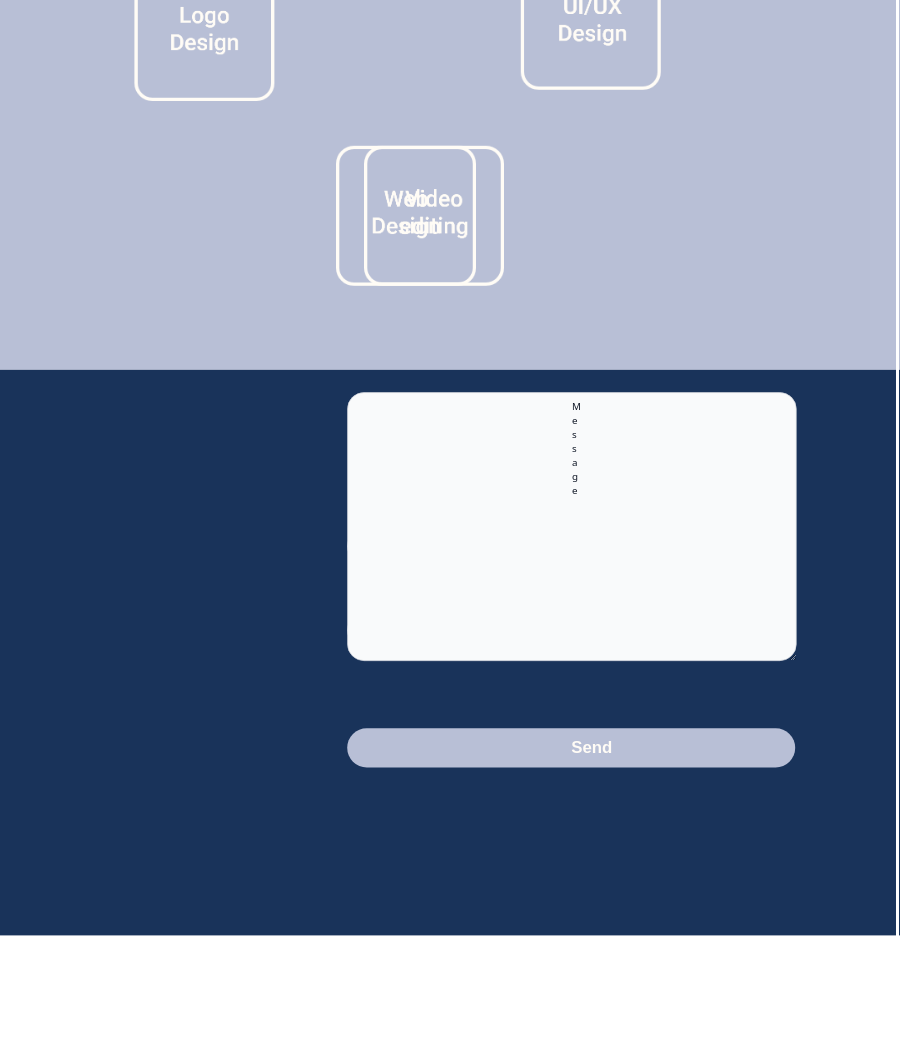
Repository: MEROO1010/my_portfolio
Page: /
The author's editor kept a copy of each file at every save. The page is drawn from the files as they stood at one save, then again after the next save.
The browser window is 1280 px wide. The page is 1285 px wide, so the pictures cover 1285 px, including what lies to the right of the window. The pictures show the part of the page from y = 2456 to 4336 px (the page is 3952 px tall before and 4336 px after), at 70% of full size.
The project was rebuilt for these pictures with package versions that can differ from the ones it lists, and the page was loaded fresh each time. The framework's server and built-in components were replaced by stand-ins that run in the browser. Also part of the build but not shown: next.config.js.

Above is the page before, as saved 2023-04-04 00:01:13.

After the next save:
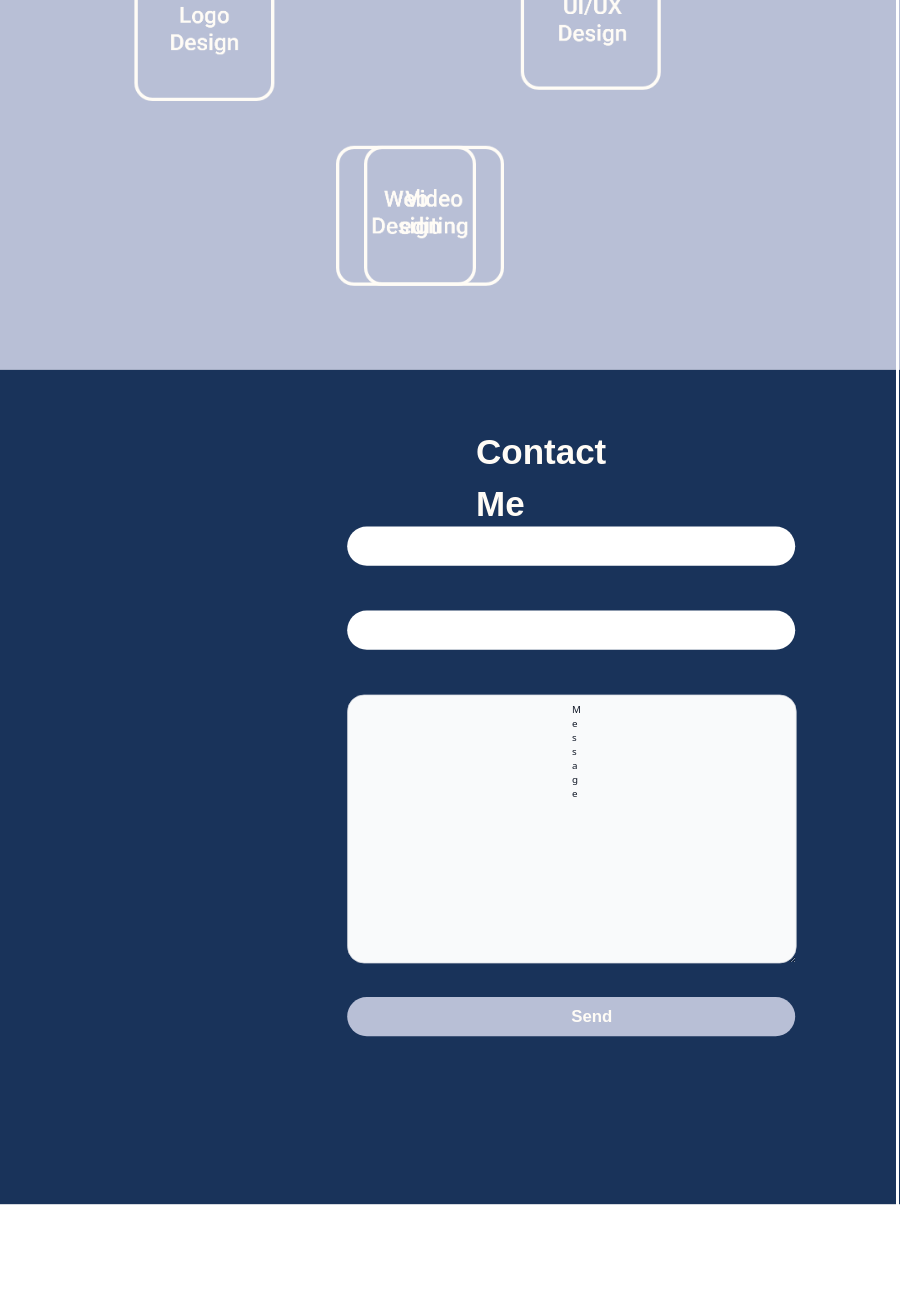
Saved 12 s later.
--- a/pages/components/Form.tsx
+++ b/pages/components/Form.tsx
@@ -5,7 +5,7 @@ const Form = () => {
     <div>
         <input type="text" placeholder='Your Name' className=" relative  px-80 mx-80 bottom-24 left-44 h-14 w-0 rounded-full"/><br/>
         <input type="text" className=" relative  px-80 mx-80 bottom-8 left-44 h-14 w-0 rounded-full"/><br/>
-        <textarea  className="absolute  px-80 mx-80 top-8 left-44  text-align: left overflow-auto block p-2.5 w-5 h-96  text-sm text-gray-900 bg-gray-50  border border-gray-300 focus:ring-blue-500 focus:border-blue-500 dark:bg-gray-700 dark:border-gray-600 dark:placeholder-gray-400 dark:text-white dark:focus:ring-blue-500 dark:focus:border-blue-500 rounded-3xl ">Message</textarea>
+        <textarea  className=" relative  px-80 mx-80 top-8 left-44  text-align: left overflow-auto block p-2.5 w-5 h-96  text-sm text-gray-900 bg-gray-50  border border-gray-300 focus:ring-blue-500 focus:border-blue-500 dark:bg-gray-700 dark:border-gray-600 dark:placeholder-gray-400 dark:text-white dark:focus:ring-blue-500 dark:focus:border-blue-500 rounded-3xl ">Message</textarea>
         <button type="submit" className="relative px-80 mx-80 top-20 left-44 h-14 w-10 font-raleway text-[24px] font-semibold text-[#FFFCF6]  bg-[#B8BFD6] rounded-full">Send</button>
 
     </div>
